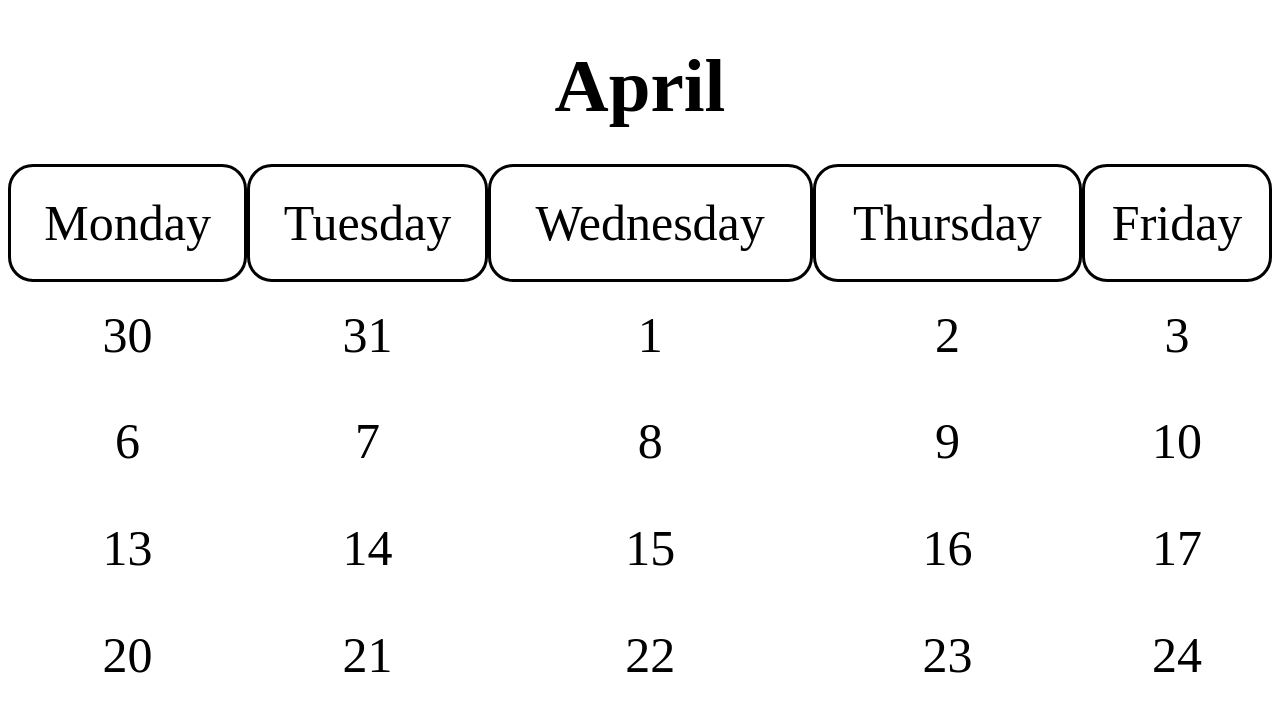
Repository: shleewhite/missionBitCalendar
Page: views/apr.html
The author's editor kept a record of every edit. The page is drawn from the files as they stood at one moment, then again after the next edit.
The browser window is 1280 px wide. The pictures show the whole page.

Above is the page before.

### views/apr.html
<article id="apr">
<html>
    <link rel="stylesheet" type="text/css" href="main.css">
    <head></head>
    <body>
        <table id="monthTable">
                <th class="monthHeader" colspan="5">April</th>
            <tr>
                <td class="weekday">Monday</td>
                <td class="weekday">Tuesday</td>
                <td class="weekday">Wednesday</td>
                <td class="weekday">Thursday</td>
                <td class="weekday">Friday</td>
            </tr>
            <tr>
                <td class="nums">30</td>
                <td class="nums">31</td>
                <td class="nums">1</td>
                <td class="nums">2</td>
                <td class="nums">3</td>
            </tr>
            <tr>
                <td class="nums">6</td>
                <td class="nums">7</td>
                <td class="nums">8</td>
                <td class="nums">9</td>
                <td class="nums">10</td>
            </tr>
            <tr>
                <td class="nums">13</td>
                <td class="nums">14</td>
                <td class="nums">15</td>
                <td class="nums">16</td>
                <td class="nums">17</td>
            </tr>
            <tr>
                <td class="nums">20</td>
                <td class="nums">21</td>
                <td class="nums">22</td>
                <td class="nums">23</td>
                <td class="nums">24</td>
            </tr>

        </table>
    </body>
</html>

### views/main.css
table {
    text-align: center;
    font-size: 50px;
    width: 100%;
    height: 700px;
    border-spacing: 50px 20px;

}
table th {
    text-align: center;
}
#year{
    /*font-family: 'Lobster', cursive;*/
    font-size: 100px;
}
.month{
    border-collapse: separate;
    border-color: #000000;
    border-radius: 25px;
    border-style: double;

    border-top-width: 15px;
    border-bottom-width: 15px;
    border-left-width: 15px;
    border-right-width: 15px;
    cursor: pointer;
}
.monthHeader {
    font-size: 75px;
    border-style: none;
}
.weekday {
    font-size: 50px;
    border-style: solid;
    border-radius: 25px;
}
#monthTable {
    border-spacing: 0px;
    border-color: #000000;
    border-radius: 25px;
    cursor: pointer;
    padding: 0px;
}
.days {
    font-size: 20px;
    text-align: left;
    border-style: double;
}
.noOne {
    text-align: center;
}
.nextMonth {
    color: #9C9C9C;
}

After the next edit:
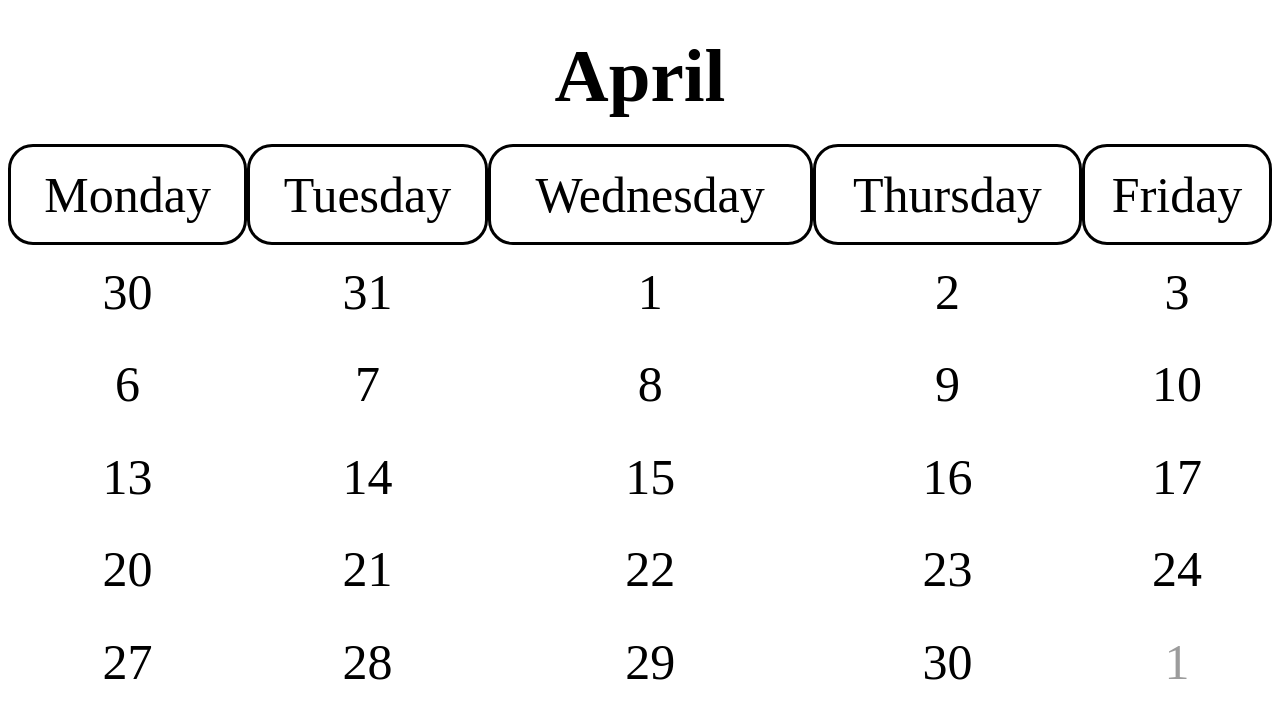
The edit:
--- a/views/apr.html
+++ b/views/apr.html
@@ -40,7 +40,13 @@
                 <td class="nums">23</td>
                 <td class="nums">24</td>
             </tr>
-
+            <tr>
+                <td class="nums">27</td>
+                <td class="nums">28</td>
+                <td class="nums">29</td>
+                <td class="nums">30</td>
+                <td class="nextMonth">1</td>
+            </tr>
         </table>
     </body>
 </html>
